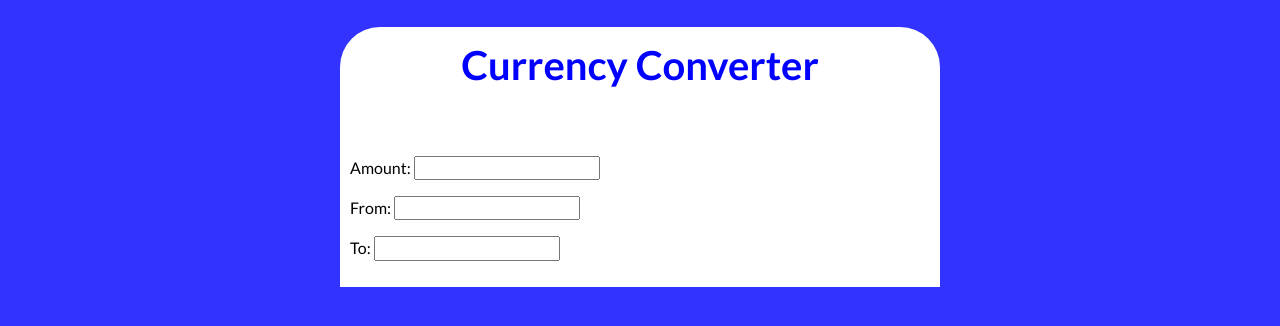
Repository: kkasperczyk/currency-converter
Page: index.html
These files come from the project's save history. The page is drawn as it stood at one moment and after the next save; the edit follows.
The browser window is 1280 px wide. The pictures show the whole page.

Above is the page before, as saved 2020-06-15 22:23:22.

After the next save:
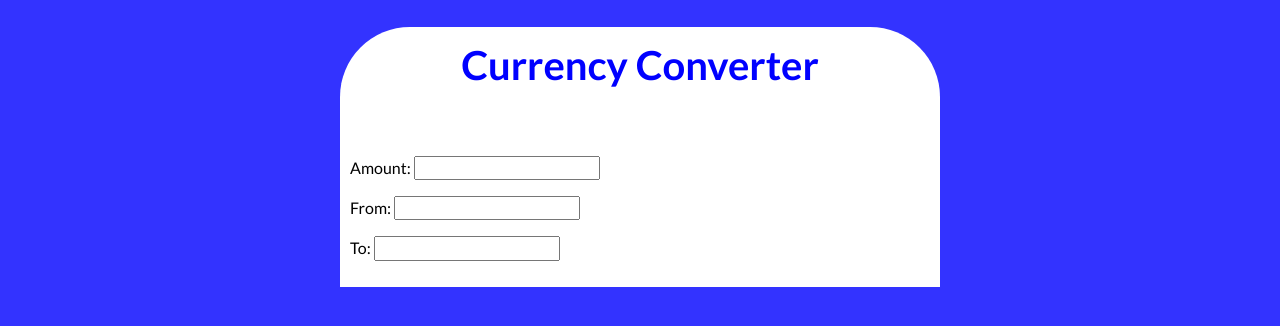
Saved 4 s later.
--- a/css/container.css
+++ b/css/container.css
@@ -2,5 +2,5 @@
     max-width: 600px;
     margin: 0 auto;
     background-color: white;
-    border-radius: 40px;
+    border-radius: 70px;
 }
